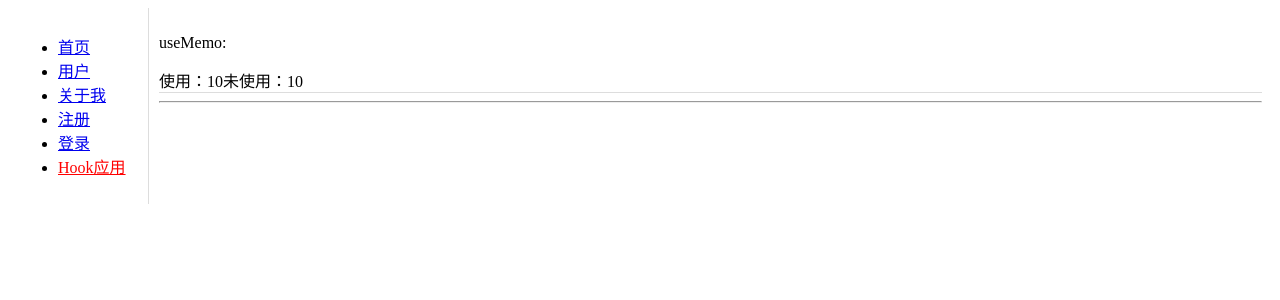
Repository: shellingfordly/js-library-Demo
Page: /hook (app in demo/react/demo/)
The author's editor kept a copy of each file at every save. The page is drawn from the files as they stood at one save, then again after the next save.
The browser window is 1280 px wide. The pictures show the whole page.
The project was rebuilt for these pictures with package versions that can differ from the ones it lists, and the page was loaded fresh each time. Also part of the build but not shown: demo/react/demo/src/views/home/components/UseReducer.js, demo/react/demo/src/views/home/components/SetTimeout.js, demo/react/demo/src/views/home/hook/context.js, demo/react/demo/src/views/home/components/context/useContext.js, demo/react/demo/src/views/home/components/context/contextType.js, demo/react/demo/src/views/home/components/context/consumer.js, demo/react/demo/src/views/home/utils/highComponent.js, demo/react/demo/src/views/home/Home.js and 12 more.

Above is the page before, as saved 2021-01-17 22:58:14.

After the next save:
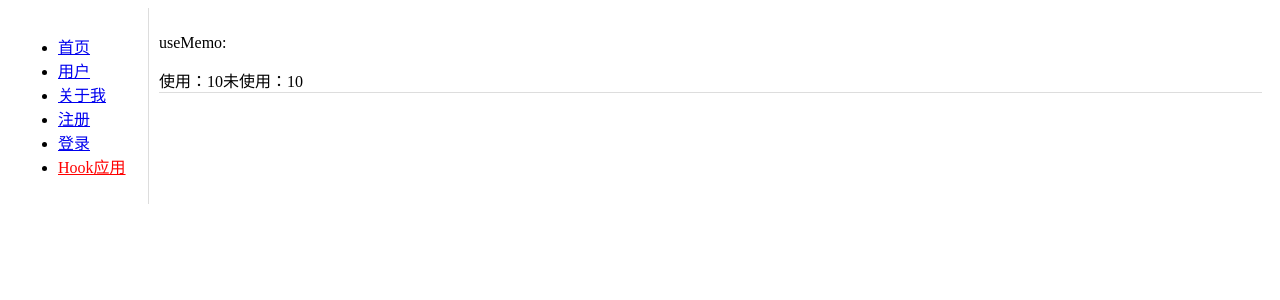
Saved 4 s later.
--- a/demo/react/demo/src/views/HookComponent/index.js
+++ b/demo/react/demo/src/views/HookComponent/index.js
@@ -9,7 +9,6 @@ export default function HookComponent() {
         使用：<UseMemoComponent />
         未使用：<UseFunComponent />
       </div>
-      <hr />
     </div>
   )
 }
